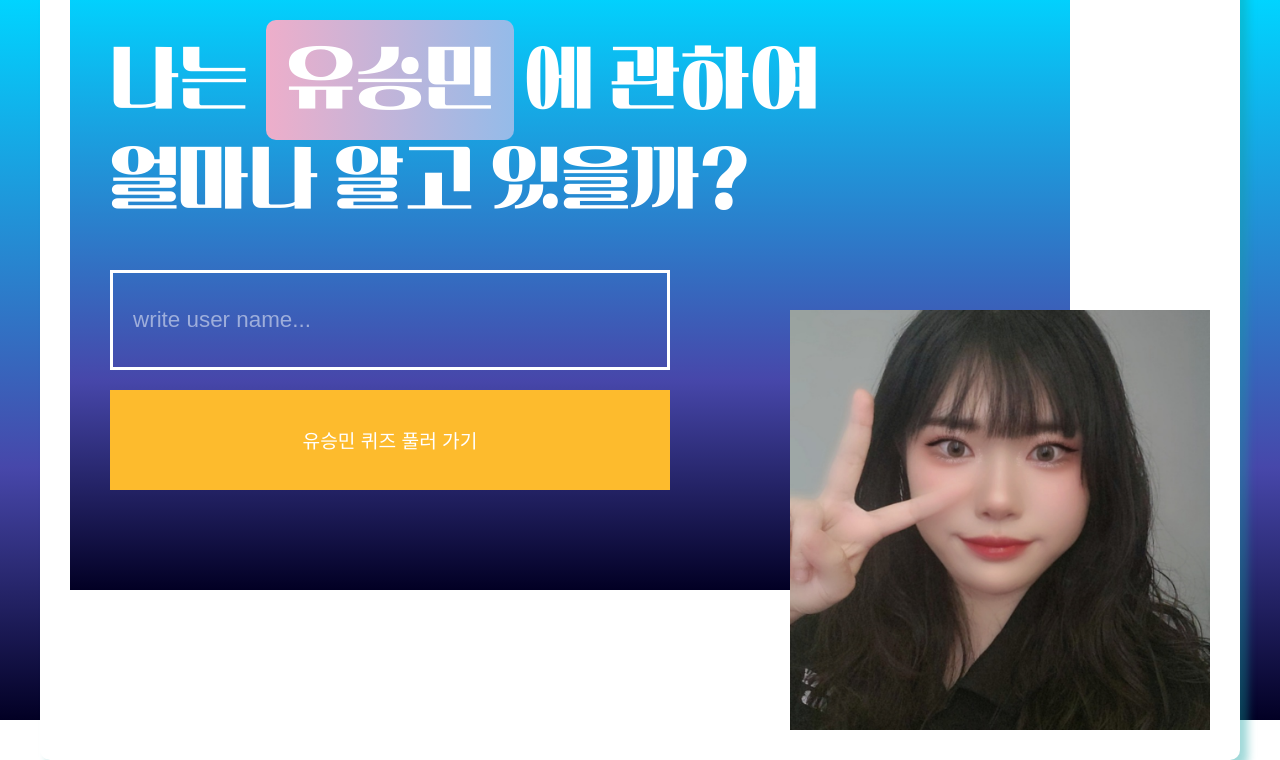
Repository: dnjfht/quiz3
Page: /
The author's editor kept a copy of each file at every save. The page is drawn from the files as they stood at one save, then again after the next save.
The browser window is 1280 px wide. The pictures show the whole page.
The project was rebuilt for these pictures with package versions that can differ from the ones it lists, and the page was loaded fresh each time. Also part of the build but not shown: src/components/Progress.js, src/components/Quiz.js, src/components/Score.js, src/components/Message.js, src/components/Ranking.js, src/components/NotPage.js.

Above is the page before, as saved 2023-04-15 23:12:14.

After the next save:
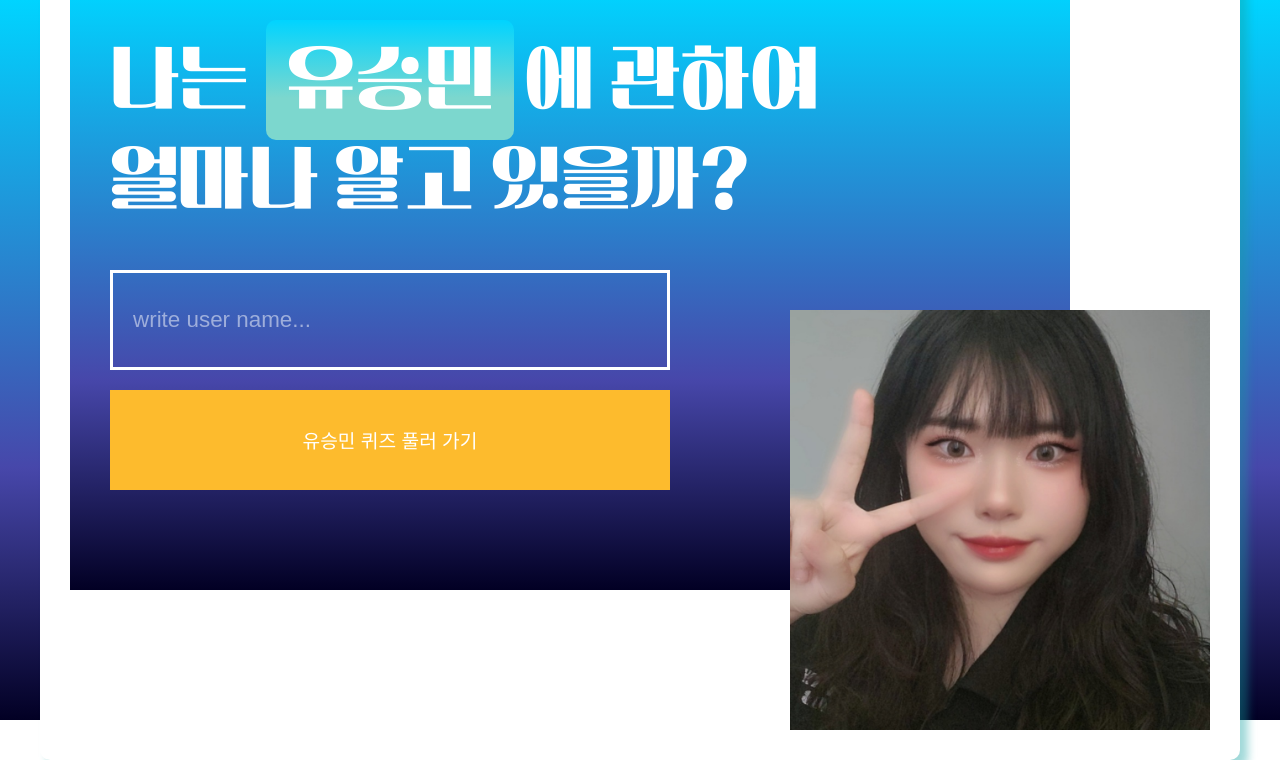
Saved 35 s later.
--- a/src/components/Start.js
+++ b/src/components/Start.js
@@ -40,11 +40,11 @@ const Title = styled.h3`
   & > span {
     margin-right: 10px;
     padding: 10px 20px;
-    background: rgb(238, 174, 202);
+    background: rgb(124, 215, 206);
     background: linear-gradient(
-      90deg,
-      rgba(238, 174, 202, 1) 0%,
-      rgba(148, 187, 233, 1) 100%
+      0deg,
+      rgba(124, 215, 206, 1) 35%,
+      rgba(0, 212, 255, 1) 100%
     );
     border-radius: 10px;
   }
